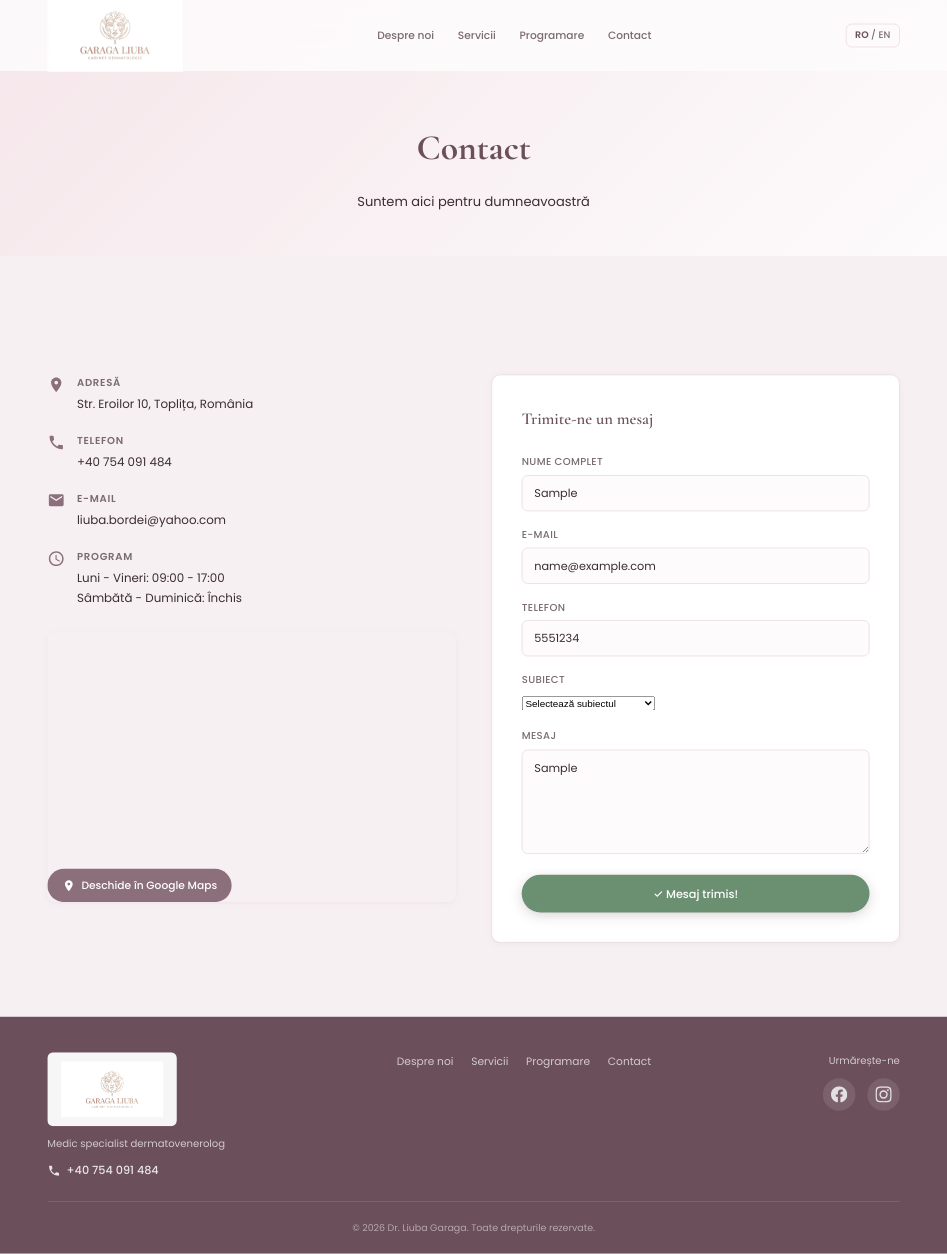
Repository: Nickkolean2793/Medic
Page: contact.html
An editor plug-in stored every save of this project. The page is shown before and after the next save, followed by the edit.
The browser window is 1280 px wide. The pictures show the whole page, at 74% of full size.
Empty fields were first filled with sample values (such as "Sample", 5 or name@example.com).
After loading, the first visible `#contactForm` was submitted once.
Pictures or frames that could not be fetched are drawn as grey boxes.

Above is the page before, as saved 2026-05-31 22:08:34.

### contact.html
<!DOCTYPE html>
<html lang="ro">
<head>
    <meta charset="UTF-8">
    <meta name="viewport" content="width=device-width, initial-scale=1.0">
    <title>Contact — Dr. Liuba Garaga</title>
    <meta name="description" content="Contactează-ne pentru programări și informații. Dr. Liuba Garaga - Cabinet dermatologie în Toplița, Str. Eroilor 10.">
    <link rel="preconnect" href="https://fonts.googleapis.com">
    <link rel="preconnect" href="https://fonts.gstatic.com" crossorigin>
    <link href="https://fonts.googleapis.com/css2?family=Cormorant+Garamond:wght@400;500;600;700&family=Poppins:wght@300;400;500;600&display=swap" rel="stylesheet">
    <link rel="stylesheet" href="styles.css">
</head>
<body>
    <!-- Navigation -->
    <nav class="navbar" id="navbar">
        <div class="container nav-container">
            <a href="index.html" class="logo">
                <img src="static/img/logo1778433187040.png" alt="Dr. Liuba Garaga" class="logo-img">
            </a>
            <ul class="nav-links" id="navLinks">
                <li><a href="index.html" data-ro="Despre noi" data-en="About Us">Despre noi</a></li>
                <li><a href="services.html" data-ro="Servicii" data-en="Services">Servicii</a></li>
                <li><a href="booking.html" data-ro="Programare" data-en="Booking">Programare</a></li>
                <li><a href="contact.html" class="active" data-ro="Contact" data-en="Contact">Contact</a></li>
            </ul>
            <div class="nav-actions">
                <button class="lang-toggle" id="langToggle" aria-label="Switch language">
                    <span class="lang-active">RO</span> / <span class="lang-inactive">EN</span>
                </button>
                <button class="hamburger" id="hamburger" aria-label="Menu">
                    <span></span>
                    <span></span>
                    <span></span>
                </button>
            </div>
        </div>
    </nav>

    <!-- Page Header -->
    <section class="page-header">
        <div class="container">
            <h1 class="page-title" data-ro="Contact" data-en="Contact">Contact</h1>
            <p class="page-subtitle" data-ro="Suntem aici pentru dumneavoastră" data-en="We are here for you">Suntem aici pentru dumneavoastră</p>
        </div>
    </section>

    <!-- Contact Section -->
    <section class="section contact" id="contact">
        <div class="container">
            <div class="contact-grid">
                <div class="contact-info">
                    <div class="contact-item">
                        <div class="contact-icon">
                            <svg viewBox="0 0 24 24" fill="none" xmlns="http://www.w3.org/2000/svg"><path d="M12 2C8.13 2 5 5.13 5 9c0 5.25 7 13 7 13s7-7.75 7-13c0-3.87-3.13-7-7-7zm0 9.5a2.5 2.5 0 010-5 2.5 2.5 0 010 5z" fill="currentColor"/></svg>
                        </div>
                        <div>
                            <h4 data-ro="Adresă" data-en="Address">Adresă</h4>
                            <p>Str. Eroilor 10, Toplița, România</p>
                        </div>
                    </div>
                    <div class="contact-item">
                        <div class="contact-icon">
                            <svg viewBox="0 0 24 24" fill="none" xmlns="http://www.w3.org/2000/svg"><path d="M6.62 10.79a15.05 15.05 0 006.59 6.59l2.2-2.2a1 1 0 011.01-.24c1.12.37 2.33.57 3.58.57a1 1 0 011 1V20a1 1 0 01-1 1A17 17 0 013 4a1 1 0 011-1h3.5a1 1 0 011 1c0 1.25.2 2.46.57 3.58a1 1 0 01-.25 1.01l-2.2 2.2z" fill="currentColor"/></svg>
                        </div>
                        <div>
                            <h4 data-ro="Telefon" data-en="Phone">Telefon</h4>
                            <p><a href="tel:+40754091484">+40 754 091 484</a></p>
                        </div>
                    </div>
                    <div class="contact-item">
                        <div class="contact-icon">
                            <svg viewBox="0 0 24 24" fill="none" xmlns="http://www.w3.org/2000/svg"><path d="M20 4H4c-1.1 0-2 .9-2 2v12c0 1.1.9 2 2 2h16c1.1 0 2-.9 2-2V6c0-1.1-.9-2-2-2zm0 4l-8 5-8-5V6l8 5 8-5v2z" fill="currentColor"/></svg>
                        </div>
                        <div>
                            <h4>E-mail</h4>
                            <p><a href="mailto:liuba.bordei@yahoo.com">liuba.bordei@yahoo.com</a></p>
                        </div>
                    </div>
                    <div class="contact-item">
                        <div class="contact-icon">
                            <svg viewBox="0 0 24 24" fill="none" xmlns="http://www.w3.org/2000/svg"><path d="M11.99 2C6.47 2 2 6.48 2 12s4.47 10 9.99 10C17.52 22 22 17.52 22 12S17.52 2 11.99 2zM12 20c-4.42 0-8-3.58-8-8s3.58-8 8-8 8 3.58 8 8-3.58 8-8 8zm.5-13H11v6l5.25 3.15.75-1.23-4.5-2.67z" fill="currentColor"/></svg>
                        </div>
                        <div>
                            <h4 data-ro="Program" data-en="Working Hours">Program</h4>
                            <p data-ro="Luni - Vineri: 09:00 - 17:00" data-en="Monday - Friday: 09:00 - 17:00">Luni - Vineri: 09:00 - 17:00</p>
                            <p data-ro="Sâmbătă - Duminică: Închis" data-en="Saturday - Sunday: Closed">Sâmbătă - Duminică: Închis</p>
                        </div>
                    </div>

                    <!-- Google Maps -->
                    <div class="map-container">
                        <iframe
                            src="https://www.google.com/maps?q=Cabinet+dermatologie+Topli%C8%9Ba+-+Dr.+Garaga+Liuba&output=embed"
                            width="100%"
                            height="300"
                            style="border:0; border-radius: 12px;"
                            allowfullscreen=""
                            loading="lazy"
                            referrerpolicy="no-referrer-when-downgrade"
                            title="Locație cabinet Dr. Liuba Garaga">
                        </iframe>
                        <a href="https://share.google/RAawa81jsAy6eeg4M" target="_blank" rel="noopener noreferrer" class="map-link">
                            <svg viewBox="0 0 24 24" fill="currentColor" width="16" height="16"><path d="M12 2C8.13 2 5 5.13 5 9c0 5.25 7 13 7 13s7-7.75 7-13c0-3.87-3.13-7-7-7zm0 9.5a2.5 2.5 0 010-5 2.5 2.5 0 010 5z"/></svg>
                            <span data-ro="Deschide în Google Maps" data-en="Open in Google Maps">Deschide în Google Maps</span>
                        </a>
                    </div>
                </div>

                <!-- Contact Form -->
                <div class="contact-form-wrapper">
                    <h3 data-ro="Trimite-ne un mesaj" data-en="Send us a message">Trimite-ne un mesaj</h3>
                    <form class="contact-form" id="contactForm" action="https://formspree.io/f/xyzplaceholder" method="POST">
                        <div class="form-group">
                            <label for="name" data-ro="Nume complet" data-en="Full name">Nume complet</label>
                            <input type="text" id="name" name="name" required data-ro-placeholder="Numele dumneavoastră" data-en-placeholder="Your name" placeholder="Numele dumneavoastră">
                        </div>
                        <div class="form-group">
                            <label for="email" data-ro="E-mail" data-en="E-mail">E-mail</label>
                            <input type="email" id="email" name="email" required placeholder="email@exemplu.ro">
                        </div>
                        <div class="form-group">
                            <label for="phone" data-ro="Telefon" data-en="Phone">Telefon</label>
                            <input type="tel" id="phone" name="phone" data-ro-placeholder="Număr de telefon" data-en-placeholder="Phone number" placeholder="Număr de telefon">
                        </div>
                        <div class="form-group">
                            <label for="subject" data-ro="Subiect" data-en="Subject">Subiect</label>
                            <select id="subject" name="subject">
                                <option value="" data-ro="Selectează subiectul" data-en="Select subject">Selectează subiectul</option>
                                <option value="consultatie" data-ro="Programare consultație" data-en="Consultation appointment">Programare consultație</option>
                                <option value="procedura" data-ro="Întrebare despre proceduri" data-en="Question about procedures">Întrebare despre proceduri</option>
                                <option value="pret" data-ro="Întrebare despre prețuri" data-en="Price inquiry">Întrebare despre prețuri</option>
                                <option value="altele" data-ro="Altele" data-en="Other">Altele</option>
                            </select>
                        </div>
                        <div class="form-group">
                            <label for="message" data-ro="Mesaj" data-en="Message">Mesaj</label>
                            <textarea id="message" name="message" rows="5" required data-ro-placeholder="Scrieți mesajul dumneavoastră aici..." data-en-placeholder="Write your message here..." placeholder="Scrieți mesajul dumneavoastră aici..."></textarea>
                        </div>
                        <button type="submit" class="btn btn-primary btn-full" data-ro="Trimite mesajul" data-en="Send message">Trimite mesajul</button>
                    </form>
                </div>
            </div>
        </div>
    </section>

    <!-- Footer -->
    <footer class="footer">
        <div class="container">
            <div class="footer-content">
                <div class="footer-brand">
                    <img src="static/img/logo1778433187040.png" alt="Dr. Liuba Garaga" class="footer-logo">
                    <p data-ro="Medic specialist dermatovenerolog" data-en="Dermatology Specialist">Medic specialist dermatovenerolog</p>
                    <a href="tel:+40754091484" class="footer-phone">
                        <svg viewBox="0 0 24 24" fill="currentColor" width="16" height="16"><path d="M6.62 10.79a15.05 15.05 0 006.59 6.59l2.2-2.2a1 1 0 011.01-.24c1.12.37 2.33.57 3.58.57a1 1 0 011 1V20a1 1 0 01-1 1A17 17 0 013 4a1 1 0 011-1h3.5a1 1 0 011 1c0 1.25.2 2.46.57 3.58a1 1 0 01-.25 1.01l-2.2 2.2z"/></svg>
                        +40 754 091 484
                    </a>
                </div>
                <div class="footer-links">
                    <a href="index.html" data-ro="Despre noi" data-en="About Us">Despre noi</a>
                    <a href="services.html" data-ro="Servicii" data-en="Services">Servicii</a>
                    <a href="booking.html" data-ro="Programare" data-en="Booking">Programare</a>
                    <a href="contact.html" data-ro="Contact" data-en="Contact">Contact</a>
                </div>
                <div class="footer-social">
                    <p data-ro="Urmărește-ne" data-en="Follow Us">Urmărește-ne</p>
                    <div class="social-links">
                        <a href="https://www.facebook.com/liuba.garaga.dermatolog" target="_blank" rel="noopener noreferrer" aria-label="Facebook" class="social-link">
                            <svg viewBox="0 0 24 24" fill="currentColor"><path d="M24 12.073c0-6.627-5.373-12-12-12s-12 5.373-12 12c0 5.99 4.388 10.954 10.125 11.854v-8.385H7.078v-3.47h3.047V9.43c0-3.007 1.792-4.669 4.533-4.669 1.312 0 2.686.235 2.686.235v2.953H15.83c-1.491 0-1.956.925-1.956 1.874v2.25h3.328l-.532 3.47h-2.796v8.385C19.612 23.027 24 18.062 24 12.073z"/></svg>
                        </a>
                        <a href="https://www.instagram.com/liuba.garaga.dermatolog" target="_blank" rel="noopener noreferrer" aria-label="Instagram" class="social-link">
                            <svg viewBox="0 0 24 24" fill="currentColor"><path d="M12 2.163c3.204 0 3.584.012 4.85.07 3.252.148 4.771 1.691 4.919 4.919.058 1.265.069 1.645.069 4.849 0 3.205-.012 3.584-.069 4.849-.149 3.225-1.664 4.771-4.919 4.919-1.266.058-1.644.07-4.85.07-3.204 0-3.584-.012-4.849-.07-3.26-.149-4.771-1.699-4.919-4.92-.058-1.265-.07-1.644-.07-4.849 0-3.204.013-3.583.07-4.849.149-3.227 1.664-4.771 4.919-4.919 1.266-.057 1.645-.069 4.849-.069zM12 0C8.741 0 8.333.014 7.053.072 2.695.272.273 2.69.073 7.052.014 8.333 0 8.741 0 12c0 3.259.014 3.668.072 4.948.2 4.358 2.618 6.78 6.98 6.98C8.333 23.986 8.741 24 12 24c3.259 0 3.668-.014 4.948-.072 4.354-.2 6.782-2.618 6.979-6.98.059-1.28.073-1.689.073-4.948 0-3.259-.014-3.667-.072-4.947-.196-4.354-2.617-6.78-6.979-6.98C15.668.014 15.259 0 12 0zm0 5.838a6.162 6.162 0 100 12.324 6.162 6.162 0 000-12.324zM12 16a4 4 0 110-8 4 4 0 010 8zm6.406-11.845a1.44 1.44 0 100 2.881 1.44 1.44 0 000-2.881z"/></svg>
                        </a>
                    </div>
                </div>
            </div>
            <div class="footer-bottom">
                <p>&copy; 2026 Dr. Liuba Garaga. <span data-ro="Toate drepturile rezervate." data-en="All rights reserved.">Toate drepturile rezervate.</span></p>
            </div>
        </div>
    </footer>

    <script src="script.js"></script>
</body>
</html>

### script.js
// ===== Language Toggle =====
document.addEventListener('DOMContentLoaded', () => {
    let currentLang = 'ro';
    const langToggle = document.getElementById('langToggle');

    langToggle.addEventListener('click', () => {
        currentLang = currentLang === 'ro' ? 'en' : 'ro';
        updateLanguage();
    });

    function updateLanguage() {
        // Update toggle button display
        const spans = langToggle.querySelectorAll('span');
        if (currentLang === 'ro') {
            spans[0].classList.add('lang-active');
            spans[0].classList.remove('lang-inactive');
            spans[1].classList.add('lang-inactive');
            spans[1].classList.remove('lang-active');
        } else {
            spans[1].classList.add('lang-active');
            spans[1].classList.remove('lang-inactive');
            spans[0].classList.add('lang-inactive');
            spans[0].classList.remove('lang-active');
        }

        // Update elements with data-ro / data-en attributes
        document.querySelectorAll('[data-ro]').forEach(el => {
            const key = `data-${currentLang}`;
            if (el.hasAttribute(key)) {
                el.textContent = el.getAttribute(key);
            }
        });

        // Update placeholders
        document.querySelectorAll('[data-ro-placeholder]').forEach(el => {
            const key = `data-${currentLang}-placeholder`;
            if (el.hasAttribute(key)) {
                el.placeholder = el.getAttribute(key);
            }
        });

        // Toggle text blocks
        document.querySelectorAll('.text-ro').forEach(el => {
            el.style.display = currentLang === 'ro' ? '' : 'none';
        });
        document.querySelectorAll('.text-en').forEach(el => {
            el.style.display = currentLang === 'en' ? '' : 'none';
        });

        // Update html lang attribute
        document.documentElement.lang = currentLang;
    }

    // ===== Mobile Menu =====
    const hamburger = document.getElementById('hamburger');
    const navLinks = document.getElementById('navLinks');

    hamburger.addEventListener('click', () => {
        hamburger.classList.toggle('active');
        navLinks.classList.toggle('open');
    });

    // Close mobile menu when a link is clicked
    navLinks.querySelectorAll('a').forEach(link => {
        link.addEventListener('click', () => {
            hamburger.classList.remove('active');
            navLinks.classList.remove('open');
        });
    });

    // ===== Navbar Scroll Effect =====
    const navbar = document.getElementById('navbar');
    let lastScroll = 0;

    window.addEventListener('scroll', () => {
        const currentScroll = window.pageYOffset;
        if (currentScroll > 50) {
            navbar.classList.add('scrolled');
        } else {
            navbar.classList.remove('scrolled');
        }
        lastScroll = currentScroll;
    });

    // ===== Active Nav Link =====
    const sections = document.querySelectorAll('section[id]');
    const navLinksAll = document.querySelectorAll('.nav-links a');

    window.addEventListener('scroll', () => {
        let current = '';
        sections.forEach(section => {
            const sectionTop = section.offsetTop - 100;
            if (window.pageYOffset >= sectionTop) {
                current = section.getAttribute('id');
            }
        });

        navLinksAll.forEach(link => {
            link.classList.remove('active');
            if (link.getAttribute('href') === `#${current}`) {
                link.classList.add('active');
            }
        });
    });

    // ===== Scroll Animations =====
    const fadeElements = document.querySelectorAll('.service-card, .contact-item, .about-text, .booking-card, .contact-form-wrapper');
    fadeElements.forEach(el => el.classList.add('fade-in'));

    const observer = new IntersectionObserver((entries) => {
        entries.forEach(entry => {
            if (entry.isIntersecting) {
                entry.target.classList.add('visible');
            }
        });
    }, { threshold: 0.1, rootMargin: '0px 0px -50px 0px' });

    fadeElements.forEach(el => observer.observe(el));

    // ===== Contact Form =====
    const contactForm = document.getElementById('contactForm');
    if (contactForm) {
        contactForm.addEventListener('submit', (e) => {
            e.preventDefault();

            const formData = new FormData(contactForm);
            const data = Object.fromEntries(formData);

            // Show success message
            const btn = contactForm.querySelector('button[type="submit"]');
            const originalText = btn.textContent;
            btn.textContent = currentLang === 'ro' ? '✓ Mesaj trimis!' : '✓ Message sent!';
            btn.style.background = '#6B8F71';
            btn.disabled = true;

            setTimeout(() => {
                btn.textContent = originalText;
                btn.style.background = '';
                btn.disabled = false;
                contactForm.reset();
            }, 3000);
        });
    }

    // ===== Smooth scroll for anchor links =====
    document.querySelectorAll('a[href^="#"]').forEach(anchor => {
        anchor.addEventListener('click', function (e) {
            e.preventDefault();
            const target = document.querySelector(this.getAttribute('href'));
            if (target) {
                const offset = 95; // navbar height
                const top = target.getBoundingClientRect().top + window.pageYOffset - offset;
                window.scrollTo({ top, behavior: 'smooth' });
            }
        });
    });
});

// ===== Toggle Service Card =====
function toggleService(card) {
    // Don't toggle if clicking on a button or link inside
    if (event.target.tagName === 'A' || event.target.tagName === 'BUTTON') {
        return;
    }

    // Close other expanded cards
    document.querySelectorAll('.service-card.expanded').forEach(otherCard => {
        if (otherCard !== card) {
            otherCard.classList.remove('expanded');
        }
    });

    // Toggle current card
    card.classList.toggle('expanded');
}

Loaded but not shown: styles.css (1352 lines, source omitted)

After the next save:
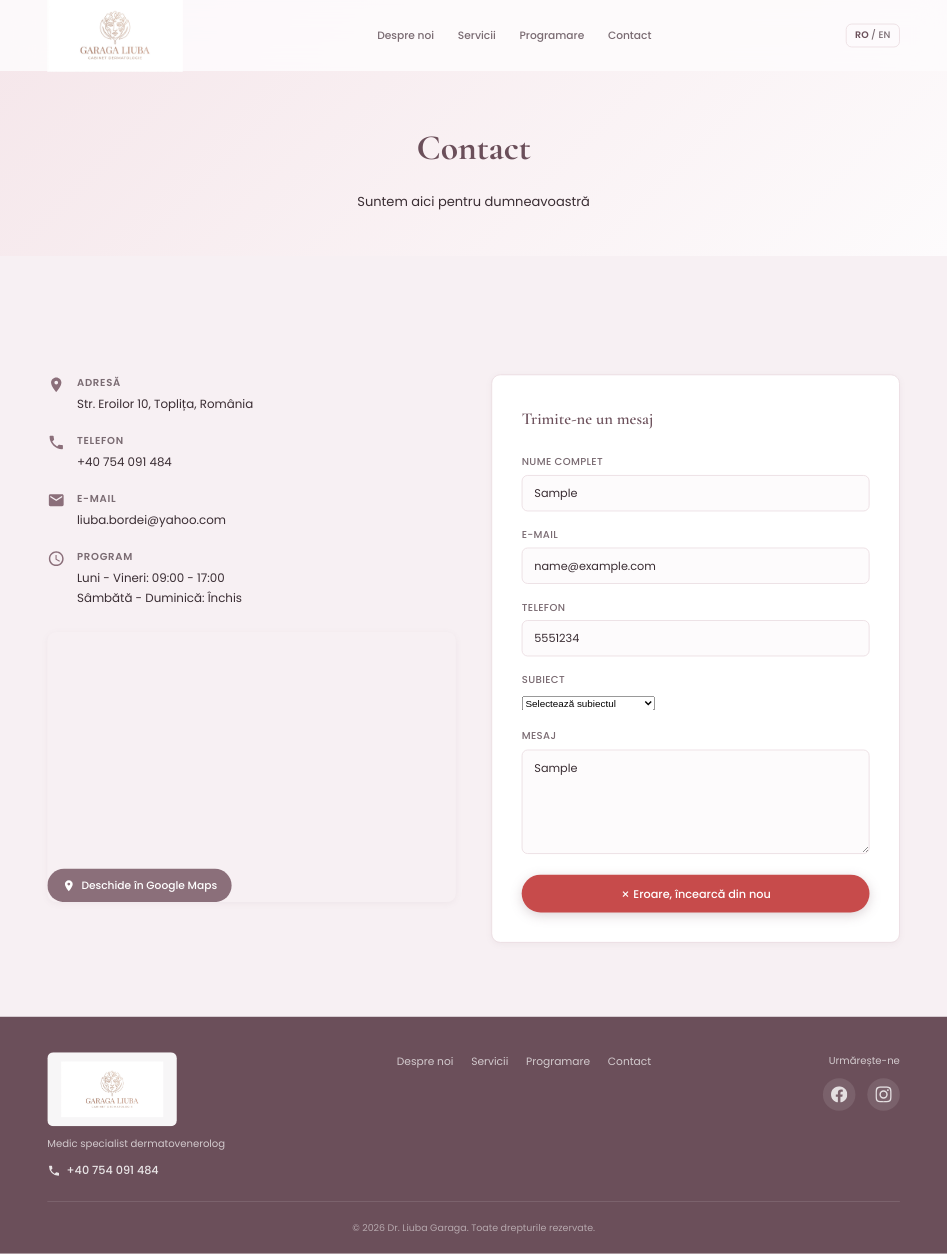
Saved 10 s later.
--- a/script.js
+++ b/script.js
@@ -120,24 +120,39 @@ document.addEventListener('DOMContentLoaded', () => {
     // ===== Contact Form =====
     const contactForm = document.getElementById('contactForm');
     if (contactForm) {
-        contactForm.addEventListener('submit', (e) => {
+        contactForm.addEventListener('submit', async (e) => {
             e.preventDefault();
 
-            const formData = new FormData(contactForm);
-            const data = Object.fromEntries(formData);
-
-            // Show success message
             const btn = contactForm.querySelector('button[type="submit"]');
             const originalText = btn.textContent;
-            btn.textContent = currentLang === 'ro' ? '✓ Mesaj trimis!' : '✓ Message sent!';
-            btn.style.background = '#6B8F71';
+            btn.textContent = currentLang === 'ro' ? 'Se trimite...' : 'Sending...';
             btn.disabled = true;
+
+            try {
+                const response = await fetch(contactForm.action, {
+                    method: 'POST',
+                    body: new FormData(contactForm),
+                    headers: {
+                        'Accept': 'application/json'
+                    }
+                });
+
+                if (response.ok) {
+                    btn.textContent = currentLang === 'ro' ? '✓ Mesaj trimis!' : '✓ Message sent!';
+                    btn.style.background = '#6B8F71';
+                    contactForm.reset();
+                } else {
+                    throw new Error('Form submission failed');
+                }
+            } catch (error) {
+                btn.textContent = currentLang === 'ro' ? '✗ Eroare, încearcă din nou' : '✗ Error, try again';
+                btn.style.background = '#c74b4b';
+            }
 
             setTimeout(() => {
                 btn.textContent = originalText;
                 btn.style.background = '';
                 btn.disabled = false;
-                contactForm.reset();
             }, 3000);
         });
     }
